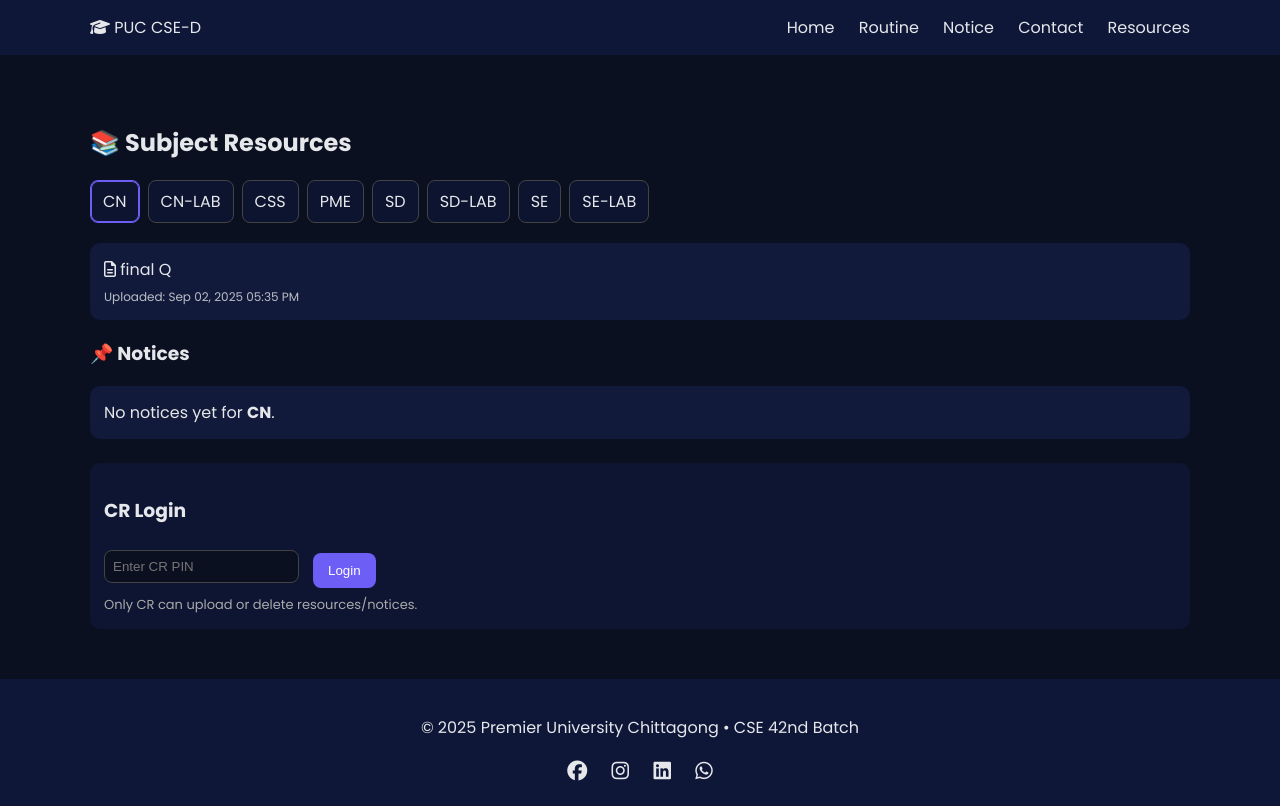
Repository: naimuddin1190/puc-class-management
Page: http://localhost/resources.php?subject=CN
These files come from the project's save history. The page is drawn as it stood at one moment and after the next save; the edit follows.
The browser window is 1280 px wide. The pictures show the whole page.
The page is run by PHP 8.4 with error messages shown; the project is at /var/www/html/. The database holds what the project's SQL file puts in it. Queries for data that is not in the repository find no rows.

Above is the page before, as saved 2025-09-02 23:56:55.

After the next save:
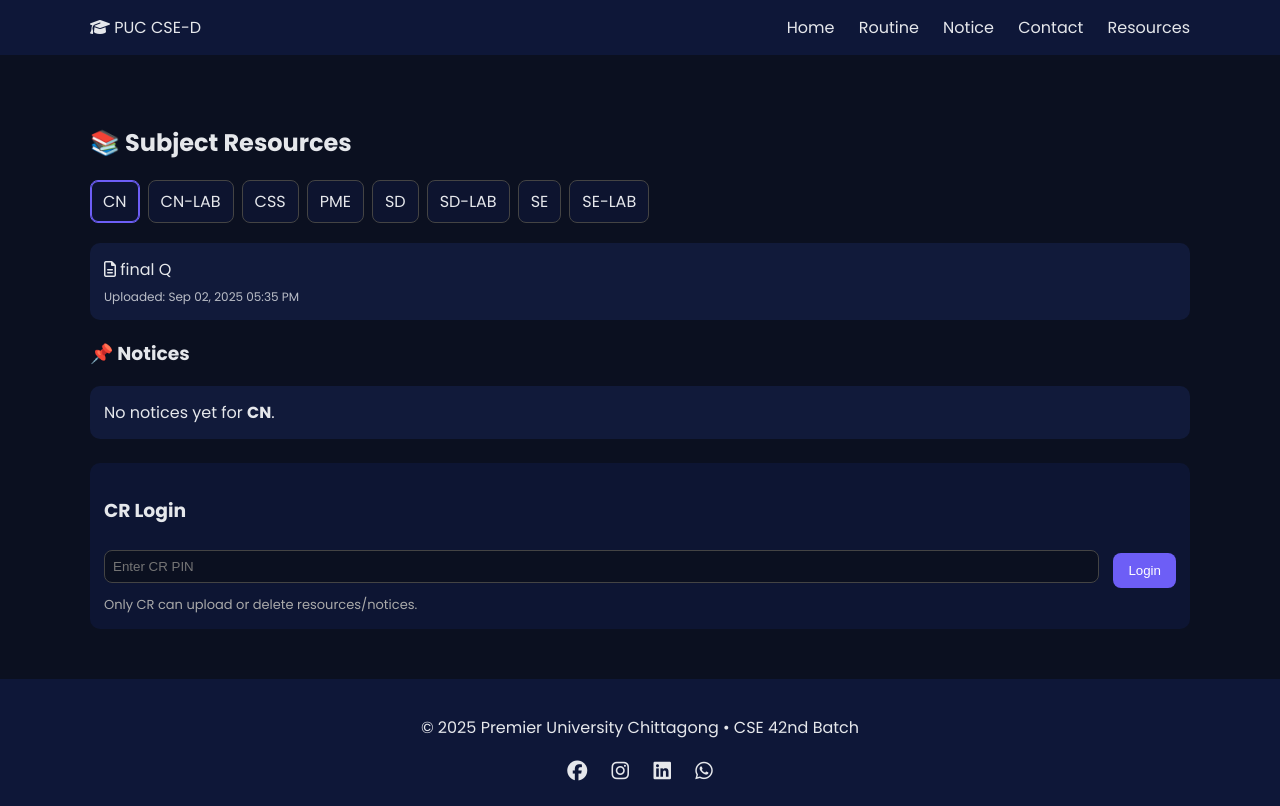
Saved 3 min 56 s later.
--- a/resources.php
+++ b/resources.php
@@ -20,8 +20,9 @@
     exit;
 }
 
-// --- Handle CR subject management ---
+// --- Handle CR subject management / resource / notice ---
 if(!empty($_SESSION['is_cr'])) {
+
     // Add subject
     if(isset($_POST['add_subject']) && !empty($_POST['new_subject'])) {
         $name = trim($_POST['new_subject']);
@@ -33,7 +34,7 @@
         exit;
     }
 
-    // Delete subject
+    // Delete subject and its resources/notices
     if(isset($_POST['delete_subject']) && !empty($_POST['del_subject'])) {
         $sub = trim($_POST['del_subject']);
         $res_files = mysqli_query($conn, "SELECT file_path FROM resources WHERE subject='" . mysqli_real_escape_string($conn,$sub) . "'");
@@ -42,8 +43,8 @@
             if(is_file($abs)) @unlink($abs);
         }
         mysqli_query($conn, "DELETE FROM resources WHERE subject='" . mysqli_real_escape_string($conn,$sub) . "'");
+        mysqli_query($conn, "DELETE FROM notices WHERE subject='" . mysqli_real_escape_string($conn,$sub) . "'");
         mysqli_query($conn, "DELETE FROM subjects WHERE name='" . mysqli_real_escape_string($conn,$sub) . "'");
-        mysqli_query($conn, "DELETE FROM notices WHERE subject='" . mysqli_real_escape_string($conn,$sub) . "'");
         header("Location: resources.php");
         exit;
     }
@@ -101,7 +102,7 @@
 .res-meta { font-size:12px; opacity:.8; margin-top:6px; }
 .res-actions { display:flex; gap:8px; margin-top:10px; }
 .admin-panel { background: #0d1533; padding:14px; border-radius:10px; margin-top:18px;}
-.admin-panel input, .admin-panel select, .admin-panel textarea { margin:6px 6px 6px 0; padding:8px; border-radius:8px; border:1px solid #444; background:#0b1020; color:var(--text);}
+.admin-panel input, .admin-panel select, .admin-panel textarea { margin:6px 6px 6px 0; padding:8px; border-radius:8px; border:1px solid #444; background:#0b1020; color:var(--text); width:100%; }
 .admin-panel .btn { margin-top:8px; }
 .pin-row { display:flex; gap:8px; align-items:center; }
 .notice { color: #aaa; font-size: 13px; margin-top:6px; }
@@ -166,6 +167,14 @@
     <div class="res-title"><i class="fa-solid fa-bullhorn"></i> <?= htmlspecialchars($n['title']) ?></div>
     <div class="res-meta"><?= nl2br(htmlspecialchars($n['content'])) ?></div>
     <div class="res-meta">Posted: <?= date('M d, Y h:i A', strtotime($n['uploaded_at'])) ?></div>
+    <?php if(!empty($_SESSION['is_cr'])): ?>
+      <form class="res-actions" method="post" action="notice_delete.php" onsubmit="return confirm('Delete this notice?');">
+        <input type="hidden" name="id" value="<?= (int)$n['id'] ?>">
+        <button class="delete-btn" type="submit" style="padding:6px 10px; border-radius:8px;">
+          <i class="fa-solid fa-trash"></i> Delete
+        </button>
+      </form>
+    <?php endif; ?>
   </div>
 <?php endforeach; endif; ?>
 </div>

After the save that followed:
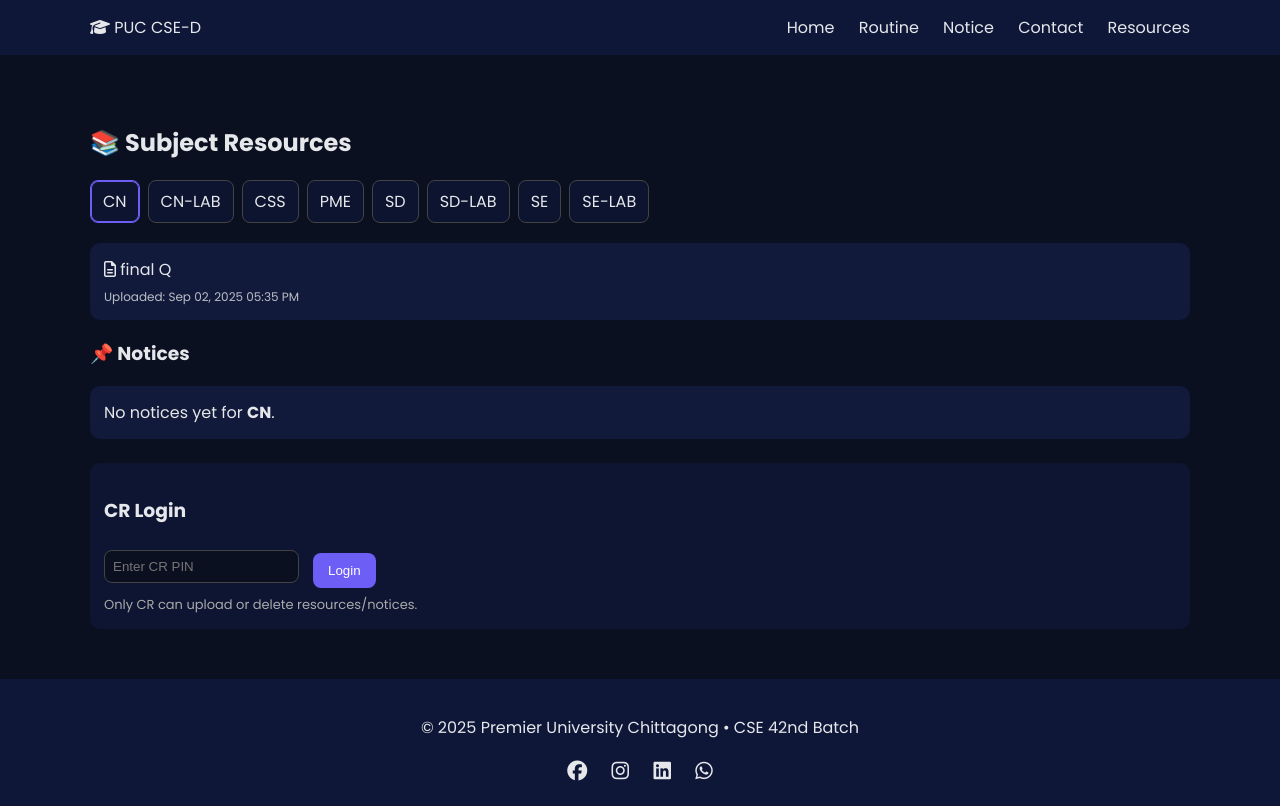
Saved 44 s later.
--- a/resources.php
+++ b/resources.php
@@ -20,9 +20,8 @@
     exit;
 }
 
-// --- Handle CR subject management / resource / notice ---
+// --- Handle CR subject management ---
 if(!empty($_SESSION['is_cr'])) {
-
     // Add subject
     if(isset($_POST['add_subject']) && !empty($_POST['new_subject'])) {
         $name = trim($_POST['new_subject']);
@@ -34,7 +33,7 @@
         exit;
     }
 
-    // Delete subject and its resources/notices
+    // Delete subject
     if(isset($_POST['delete_subject']) && !empty($_POST['del_subject'])) {
         $sub = trim($_POST['del_subject']);
         $res_files = mysqli_query($conn, "SELECT file_path FROM resources WHERE subject='" . mysqli_real_escape_string($conn,$sub) . "'");
@@ -43,8 +42,8 @@
             if(is_file($abs)) @unlink($abs);
         }
         mysqli_query($conn, "DELETE FROM resources WHERE subject='" . mysqli_real_escape_string($conn,$sub) . "'");
+        mysqli_query($conn, "DELETE FROM subjects WHERE name='" . mysqli_real_escape_string($conn,$sub) . "'");
         mysqli_query($conn, "DELETE FROM notices WHERE subject='" . mysqli_real_escape_string($conn,$sub) . "'");
-        mysqli_query($conn, "DELETE FROM subjects WHERE name='" . mysqli_real_escape_string($conn,$sub) . "'");
         header("Location: resources.php");
         exit;
     }
@@ -102,7 +101,7 @@
 .res-meta { font-size:12px; opacity:.8; margin-top:6px; }
 .res-actions { display:flex; gap:8px; margin-top:10px; }
 .admin-panel { background: #0d1533; padding:14px; border-radius:10px; margin-top:18px;}
-.admin-panel input, .admin-panel select, .admin-panel textarea { margin:6px 6px 6px 0; padding:8px; border-radius:8px; border:1px solid #444; background:#0b1020; color:var(--text); width:100%; }
+.admin-panel input, .admin-panel select, .admin-panel textarea { margin:6px 6px 6px 0; padding:8px; border-radius:8px; border:1px solid #444; background:#0b1020; color:var(--text);}
 .admin-panel .btn { margin-top:8px; }
 .pin-row { display:flex; gap:8px; align-items:center; }
 .notice { color: #aaa; font-size: 13px; margin-top:6px; }
@@ -167,14 +166,6 @@
     <div class="res-title"><i class="fa-solid fa-bullhorn"></i> <?= htmlspecialchars($n['title']) ?></div>
     <div class="res-meta"><?= nl2br(htmlspecialchars($n['content'])) ?></div>
     <div class="res-meta">Posted: <?= date('M d, Y h:i A', strtotime($n['uploaded_at'])) ?></div>
-    <?php if(!empty($_SESSION['is_cr'])): ?>
-      <form class="res-actions" method="post" action="notice_delete.php" onsubmit="return confirm('Delete this notice?');">
-        <input type="hidden" name="id" value="<?= (int)$n['id'] ?>">
-        <button class="delete-btn" type="submit" style="padding:6px 10px; border-radius:8px;">
-          <i class="fa-solid fa-trash"></i> Delete
-        </button>
-      </form>
-    <?php endif; ?>
   </div>
 <?php endforeach; endif; ?>
 </div>
